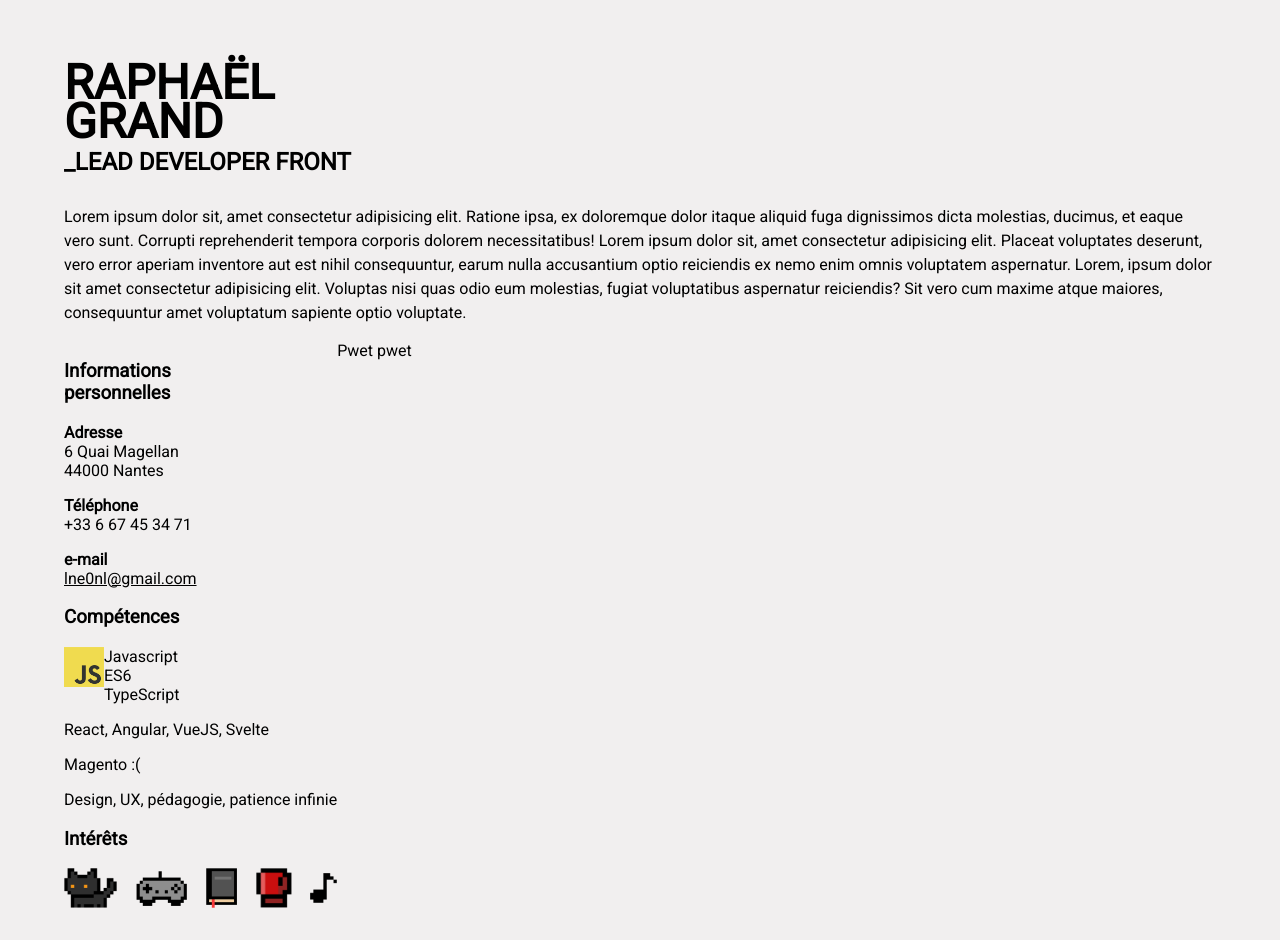
Repository: lne0nl/resume
Page: index.html
An editor plug-in stored every save of this project. The page is shown before and after the next save, followed by the edit.
The browser window is 1280 px wide. The pictures show the whole page.

Above is the page before, as saved 2021-12-10 11:19:50.

### index.html
<!DOCTYPE html>
<html lang="fr">
  <head>
    <meta charset="UTF-8" />
    <meta http-equiv="X-UA-Compatible" content="IE=edge" />
    <meta name="viewport" content="width=device-width, initial-scale=1.0" />
    <link rel="preconnect" href="https://fonts.googleapis.com" />
    <link rel="preconnect" href="https://fonts.gstatic.com" crossorigin />
    <link
      href="https://fonts.googleapis.com/css2?family=Roboto&display=swap"
      rel="stylesheet"
    />
    <link rel="stylesheet" type="text/css" href="style.css" />
    <title>CV Raphaël GRAND</title>
  </head>
  <body>
    <header>
      <h1>Raphaël<br />GRAND</h1>
      <h2>_Lead developer front</h2>
      <p class="bio">
        Lorem ipsum dolor sit, amet consectetur adipisicing elit. Ratione ipsa,
        ex doloremque dolor itaque aliquid fuga dignissimos dicta molestias,
        ducimus, et eaque vero sunt. Corrupti reprehenderit tempora corporis
        dolorem necessitatibus! Lorem ipsum dolor sit, amet consectetur
        adipisicing elit. Placeat voluptates deserunt, vero error aperiam
        inventore aut est nihil consequuntur, earum nulla accusantium optio
        reiciendis ex nemo enim omnis voluptatem aspernatur. Lorem, ipsum dolor
        sit amet consectetur adipisicing elit. Voluptas nisi quas odio eum
        molestias, fugiat voluptatibus aspernatur reiciendis? Sit vero cum
        maxime atque maiores, consequuntur amet voluptatum sapiente optio
        voluptate.
      </p>
    </header>
    <div class="core">
      <section class="infos">
        <article>
          <h3>Informations<br />personnelles</h3>
          <ul>
            <li title="address">
              <b>Adresse</b><br />
              6 Quai Magellan<br />44000 Nantes
            </li>
            <li title="phone">
              <b>Téléphone</b><br />
              +33 6 67 45 34 71
            </li>
            <li title="mail">
              <b>e-mail</b><br />
              <a href="mailto:lne0nl@gmail.com">lne0nl@gmail.com</a>
            </li>
          </ul>
        </article>
        <article>
          <h3>Compétences</h3>
          <div class="skills">
            <img class="logo" src="images/js.png" alt="Javascript" title="Javascript">
            Javascript<br>ES6<br>TypeScript<br>
          </div>
          <ul>
            <li>
            </li>
            <li>React, Angular, VueJS, Svelte</li>
            <li>Magento :(</li>
            <li>Design, UX, pédagogie, patience infinie</li>
          </ul>
        </article>
        <article>
          <h3>Intérêts</h3>
          <div class="interests">
            <img class="cat" src="images/cat.png" alt="animals" title="Animaux">
            <img class="pad" src="images/pad.png" alt="video games" title="Jeux Vidéo">
            <img class="book" src="images/book.png" alt="book" title="Littérature">
            <img class="glove" src="images/gloves.png" alt="boxing gloves" title="Boxe Française">
            <img class="note" src="images/music.png" alt="music" title="Musique">
          </div>
          <!-- <ul class="interests">
            <li title="Animaux"><img src="images/cat.png" alt="animals"></li>
            <li title="Jeux vidéo"><img src="images/pad.png" alt="video games"></li>
            <li title="Littérature">Littérature</li>
            <li title="Musique">Musique</li>
            <li title="Boxe Française">Boxe Française</li>
          </ul> -->
        </article>
      </section>
      <section class="resume">Pwet pwet</section>
    </div>
  </body>
</html>

### style.css
html {
  background-color: grey;
}

body {
  margin: 0 auto;
  padding: 2rem 4rem;
  max-width: 1280px;
  background-color: #f1efef;
  font-family: 'Roboto', sans-serif;
}

header {
  position: relative;
}

h1 {
  font-size: 3rem;
  line-height: 0.8;
  text-transform: uppercase;
}

h2 {
  text-align: right;
  position: absolute;
  top: 4rem;
  text-transform: uppercase;
}

a {
  text-decoration: underline;
  color: inherit;
}

a:visited {
  color: inherit;
}

.bio {
  padding-top: 2rem;
  line-height: 1.5;
}

ul {
  list-style: none;
  margin: 0;
  padding: 0;
}

li {
  margin-bottom: 1rem;
}

.core {
  display: flex;
}

.resume {
  flex: 1;
  /* background-color: yellow; */
}

.interests {
  display: flex;
  justify-content: space-between;
  align-items: center;
}

.interests img {
  margin-bottom: 0;
}

.cat {
  height: 40px;
}

.pad {
  height: 35px;
}

.book {
  height: 40px;
}

.glove {
  height: 40px;
}

.note {
  height: 30px;
}

.skills {
  display: flex;
}

.logo {
  display: block;
  width: 40px;
  height: 40px;
}

After the next save:
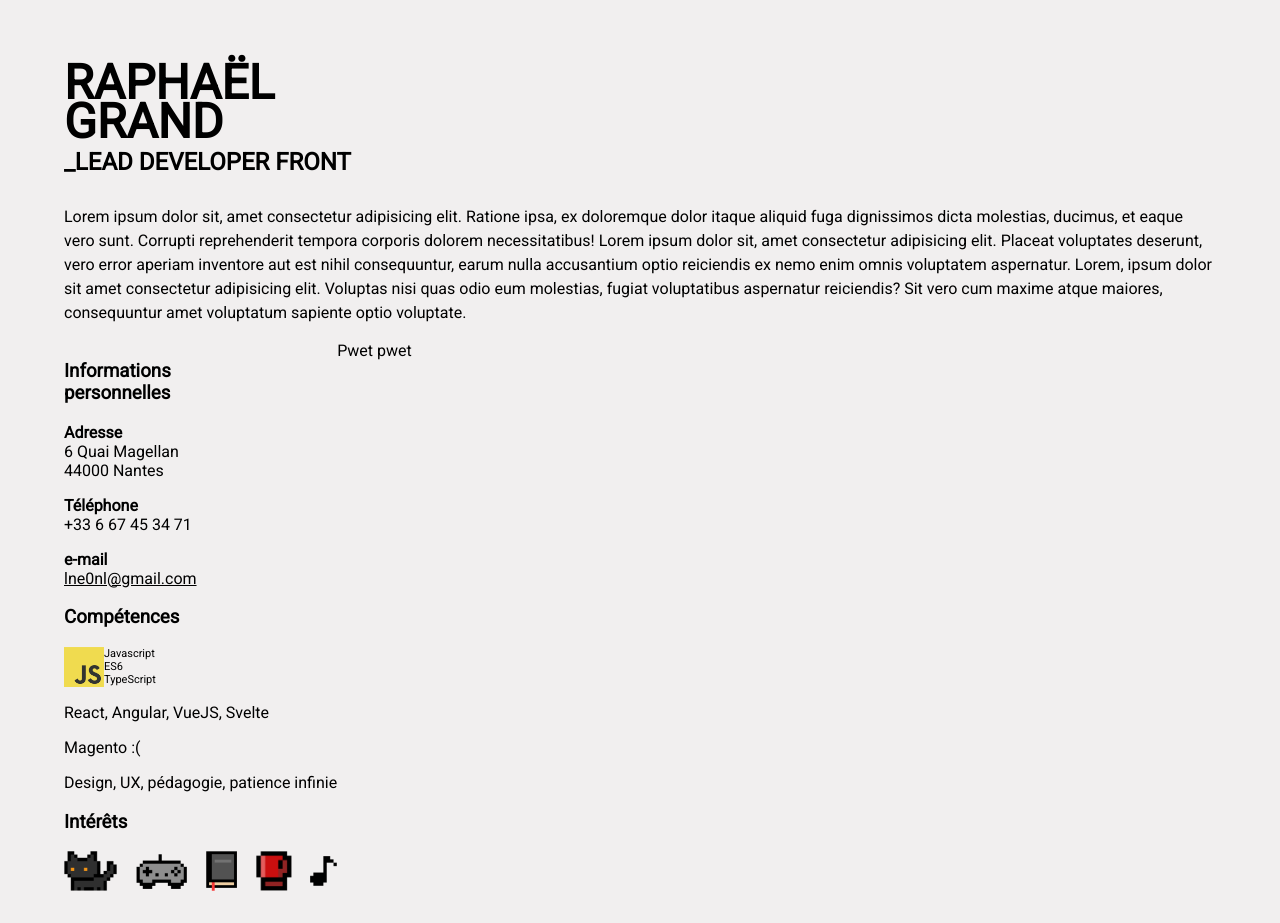
Saved 16 s later.
--- a/style.css
+++ b/style.css
@@ -91,6 +91,7 @@ li {
 }
 
 .skills {
+  font-size: 11px;
   display: flex;
 }
 
